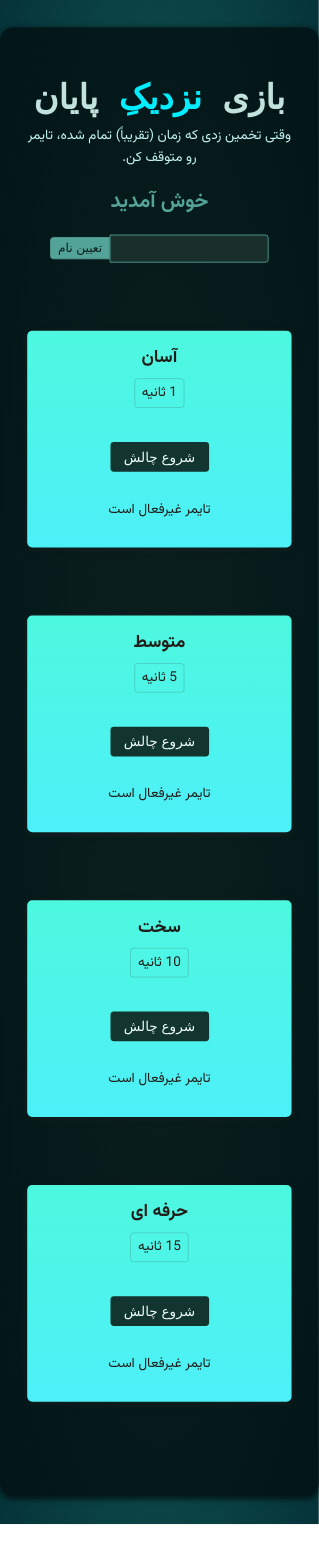
Repository: H-ala/react-near-end
Page: /
These files come from the project's save history. The page is drawn as it stood at one moment and after the next save; the edit follows.
The browser window is 375 px wide. The pictures show the whole page, at 85% of full size.
The project was rebuilt for these pictures with package versions that can differ from the ones it lists, and the page was loaded fresh each time. Also part of the build but not shown: vite.config.js.

Above is the page before, as saved 2025-10-21 20:02:23.

### index.html
<!DOCTYPE html>
<html lang="en">

<head>
  <meta charset="UTF-8" />
  <link rel="icon" type="image/svg+xml" href="/vite.svg" />
  <meta name="viewport" content="width=device-width, initial-scale=1.0" />
  <title>Refs & Portals</title>
</head>

<body>
  <div id="modal"></div>
  <div id="content">
    <header>
      <h1>بازی <em>نزدیکِ</em> پایان</h1>
      <p>وقتی تخمین زدی که زمان (تقریباً) تمام شده، تایمر رو متوقف کن.</p>
    </header>
    <div id="root"></div>
  </div>
  <script type="module" src="/src/main.jsx"></script>
</body>

</html>

### src/App.jsx
import Player from "./components/Player.jsx";
import TimerChallenge from "./components/TimerChallenge.jsx";

function App() {
  return (
    <>
      <Player />
      <div id="challenges">
        <TimerChallenge title="آسان" targetTime={1} />
        <TimerChallenge title="متوسط" targetTime={5} />
        <TimerChallenge title="سخت" targetTime={10} />
        <TimerChallenge title="حرفه ای" targetTime={15} />
      </div>
    </>
  );
}

export default App;

### src/index.css
@import url("https://fonts.googleapis.com/css2?family=Vazirmatn:wght@400;700&display=swap");

* {
  box-sizing: border-box;
}

body {
  margin: 0;
  font-family: "Vazirmatn", sans-serif;
  -webkit-font-smoothing: antialiased;
  -moz-osx-font-smoothing: grayscale;
  background: radial-gradient(#186a5e, #053339);
  color: #e1eeeb;
  direction: rtl;
  min-height: 100vh;
}

#content {
  max-width: 60rem;
  margin: 2rem auto;
  padding: 2rem;
  background: radial-gradient(#0b201d, #021619);
  border-radius: 16px;
  box-shadow: 0 2px 8px rgba(0, 0, 0, 0.8);
}

h1 {
  font-family: "Handjet", monospace;
  text-align: center;
  text-transform: uppercase;
  color: #c1e2dd;
  text-shadow: 0 0 4px rgba(35, 34, 34, 0.4);
  font-size: 3.5rem;
  margin-bottom: 0.5rem;
}

h1 em {
  font-style: normal;
  color: #00eeff;
}

header p {
  font-size: 1.2rem;
  margin: 0;
  text-align: center;
  color: #c6f4f2;
}

#player {
  text-align: center;
}

#player h2 {
  color: #54a399;
}

#player p {
  display: flex;
  justify-content: center;
  align-items: center;
}

#player input {
  font: inherit;
  border: 1px solid #54a399;
  background-color: #192f2b;
  border-radius: 4px;
  border-top-left-radius: 0;
  border-bottom-left-radius: 0;
  padding: 0.25rem;
  color: #d1f0ec;
}

#player button {
  cursor: pointer;
  background-color: #54a399;
  border: 1px solid #54a399;
  padding: 0.55rem 1rem;
  color: #061e1a;
  border-top-left-radius: 4px;
  border-bottom-left-radius: 4px;
}

#player button:hover {
  background-color: #3c8379;
  border-color: #3c8379;
}

#challenges {
  max-width: 50rem;
  margin: 3rem auto;
  display: flex;
  flex-wrap: wrap;
  gap: 2rem;
}

.challenge {
  width: 22rem;
  display: flex;
  flex-direction: column;
  align-items: center;
  justify-content: center;
  padding: 2rem;
  margin: 2rem auto;
  background: linear-gradient(#4df8df, #4df0f8);
  color: #221c18;
  box-shadow: 0 2px 8px rgba(35, 34, 34, 0.6);
  border-radius: 6px;
}

.challenge button {
  margin-top: 1rem;
  padding: 0.5rem 1rem;
  border: none;
  border-radius: 4px;
  background: #12352f;
  color: #edfcfa;
  font-size: 1.2rem;
  cursor: pointer;
}

.challenge button:hover {
  background: #051715;
}

.challenge h2 {
  font-size: 1.5rem;
  margin: 0;
  text-align: center;
  color: #221c18;
}

.challenge-time {
  border: 1px solid #46cebe;
  border-radius: 4px;
  padding: 0.25rem 0.5rem;
  margin: 0.5rem;
}

.challenge .active {
  animation: flash 1s infinite;
}

.result-modal {
  border: none;
  border-radius: 8px;
  padding: 2rem;
  background-color: #d7fcf8;
}

.result-modal[open] {
  animation: slide-in-from-top 0.35s ease-out;
}

.result-modal::backdrop {
  background: rgba(0, 0, 0, 0.9);
}

.result-modal h2 {
  font-family: "Handjet", monospace;
  margin: 0 0 0.25rem 0;
  font-size: 3rem;
  text-transform: uppercase;
}

.result-modal progress {
  width: 100%;
  height: 1.5rem;
  margin: 0;
  accent-color: #46cebe;
}

.result-modal p {
  margin: 0.5rem 0;
  font-size: 1.2rem;
}

.result-modal p strong {
  color: #10655b;
}

.result-modal form {
  text-align: right;
}

.result-modal button {
  margin-top: 1rem;
  padding: 0.5rem 1rem;
  border: none;
  border-radius: 4px;
  background: #12352f;
  color: #edfcfa;
  font-size: 1.2rem;
  cursor: pointer;
}

.result-modal button:hover {
  background: #051715;
}

@keyframes slide-in-from-top {
  0% {
    transform: translateY(-15%);
    opacity: 0;
  }
  100% {
    transform: translateY(0);
    opacity: 1;
  }
}

@keyframes flash {
  0% {
    opacity: 0.5;
  }
  50% {
    opacity: 1;
  }
  100% {
    opacity: 0.5;
  }
}

@media (max-width: 768px) {
  h1 {
    font-size: 2.5rem;
  }

  header p {
    font-size: 1rem;
  }

  #challenges {
    gap: 1rem;
  }

  .challenge h2 {
    font-size: 1.3rem;
  }

  .challenge button {
    font-size: 1rem;
  }

  .result-modal h2 {
    font-size: 2rem;
  }

  .result-modal p {
    font-size: 1rem;
  }
}

@media (max-width: 480px) {
  #player input {
    width: 60%; /* کم کردن عرض ورودی */
    padding: 0.25rem;
    font-size: 0.9rem;
  }
  #player button {
    padding: 0.25rem 0.5rem; /* کوچکتر شدن دکمه */
    font-size: 0.9rem;
  }

  .challenge {
    padding: 1rem;
    margin: 2rem auto;
  }
}

### src/components/Player.jsx
import { useState, useRef } from "react";

export default function Player() {
  const playerName = useRef();
  const [enteredPlayerName, setEnteredPlayerName] = useState("");

  function handleClick() {
    setEnteredPlayerName(playerName.current.value);
    playerName.current.value = "";
  }

  return (
    <section id="player">
      <h2>خوش آمدید {enteredPlayerName ?? "unknown entity"}</h2>
      <p>
        <input
          ref={playerName}
          type="text"
        />
        <button onClick={handleClick}>تعیین نام</button>
      </p>
    </section>
  );
}

### src/components/TimerChallenge.jsx
import { useState, useRef } from "react";
import ResultModal from "./ResultModal";

export default function TimerChallenge({ title, targetTime }) {
  const timer = useRef();
  const dialog = useRef();

  const [timeRemaining, setTimeRemaining] = useState(targetTime * 1000);
  const timerIsActive = timeRemaining > 0 && timeRemaining < targetTime * 1000;

  if (timeRemaining <= 0) {
    clearInterval(timer.current);
    dialog.current.open();
  }

  function handleStart() {
    timer.current = setInterval(() => {
      setTimeRemaining((prevTimeRemaining) => prevTimeRemaining - 10);
    }, 10);
  }

  function handleReset() {
    setTimeRemaining(targetTime * 1000);
  }

  function handleStop() {
    clearInterval(timer.current);
    dialog.current.open();
  }

  return (
    <>
      <ResultModal
        ref={dialog}
        targetTime={targetTime}
        remainingTime={timeRemaining}
        onReset={handleReset}
      />
      <section className="challenge">
        <h2>{title}</h2>
        <p className="challenge-time">
          {targetTime} ثانیه
        </p>
        <p>
          <button onClick={timerIsActive ? handleStop : handleStart}>
            {timerIsActive ? "توقف" : "شروع"} چالش
          </button>
        </p>
        <p className={timerIsActive ? "active" : undefined}>
          {timerIsActive ? "زمان داره میگذره..." : "تایمر غیرفعال است"}
        </p>
      </section>
    </>
  );
}

### src/components/ResultModal.jsx
import { useImperativeHandle, useRef } from "react";
import { createPortal } from "react-dom";

export default function ResultModal({ ref, targetTime, remainingTime, onReset }) {
  const dialog = useRef();

  const userLost = remainingTime <= 0;
  const formattedRemainingTime = (remainingTime / 1000).toFixed(2);
  const score = Math.round((1 - (remainingTime / (targetTime * 1000))) * 100);

  useImperativeHandle(ref, () => {
    return {
      open() {
        dialog.current.showModal();
      },
    };
  });

  return createPortal(
    <dialog ref={dialog} className="result-modal" onClose={onReset}>
      {userLost && <h2>تو باختی!</h2>}
      {!userLost && <h2>امتیاز : {score}</h2>}
      <p>
        زمان تارگت <strong>{targetTime} ثانیه بود. </strong>
      </p>
      <p>
        زمان رو وقتی
        <strong> {formattedRemainingTime} ثانیه مونده بود متوقف کردی. </strong>
      </p>
      <form action="dialog" onSubmit={onReset}>
        <button>بستن</button>
      </form>
    </dialog>,
    document.getElementById("modal")
  );
}

Loaded but not shown: src/main.jsx (common file)

After the next save:
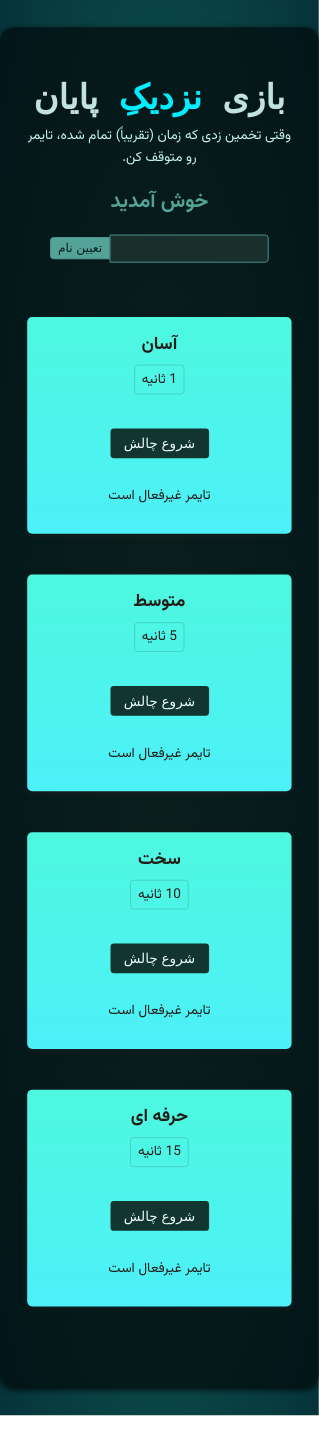
Saved 5 s later.
--- a/src/index.css
+++ b/src/index.css
@@ -264,6 +264,6 @@ header p {
 
   .challenge {
     padding: 1rem;
-    margin: 2rem auto;
-  }
-}
+    margin: 1rem auto;
+  }
+}
